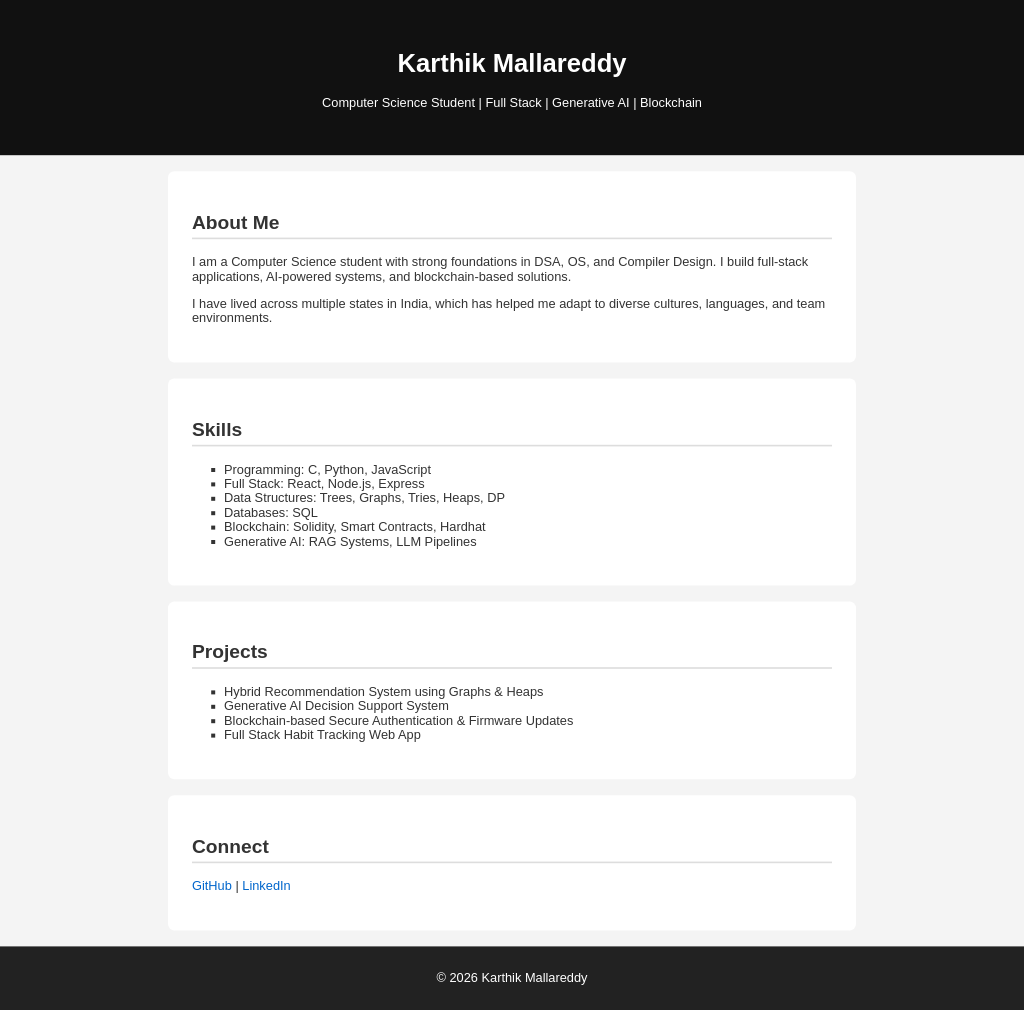
Repository: KarthikMallareddy/KarthikMallareddy.github.io
Page: index.html
The author's editor kept a copy of each file at every save. The page is drawn from the files as they stood at one save, then again after the next save.
The browser window is 1280 px wide. The pictures show the whole page, at 80% of full size.

Above is the page before, as saved 2026-01-03 22:30:09.

After the next save:
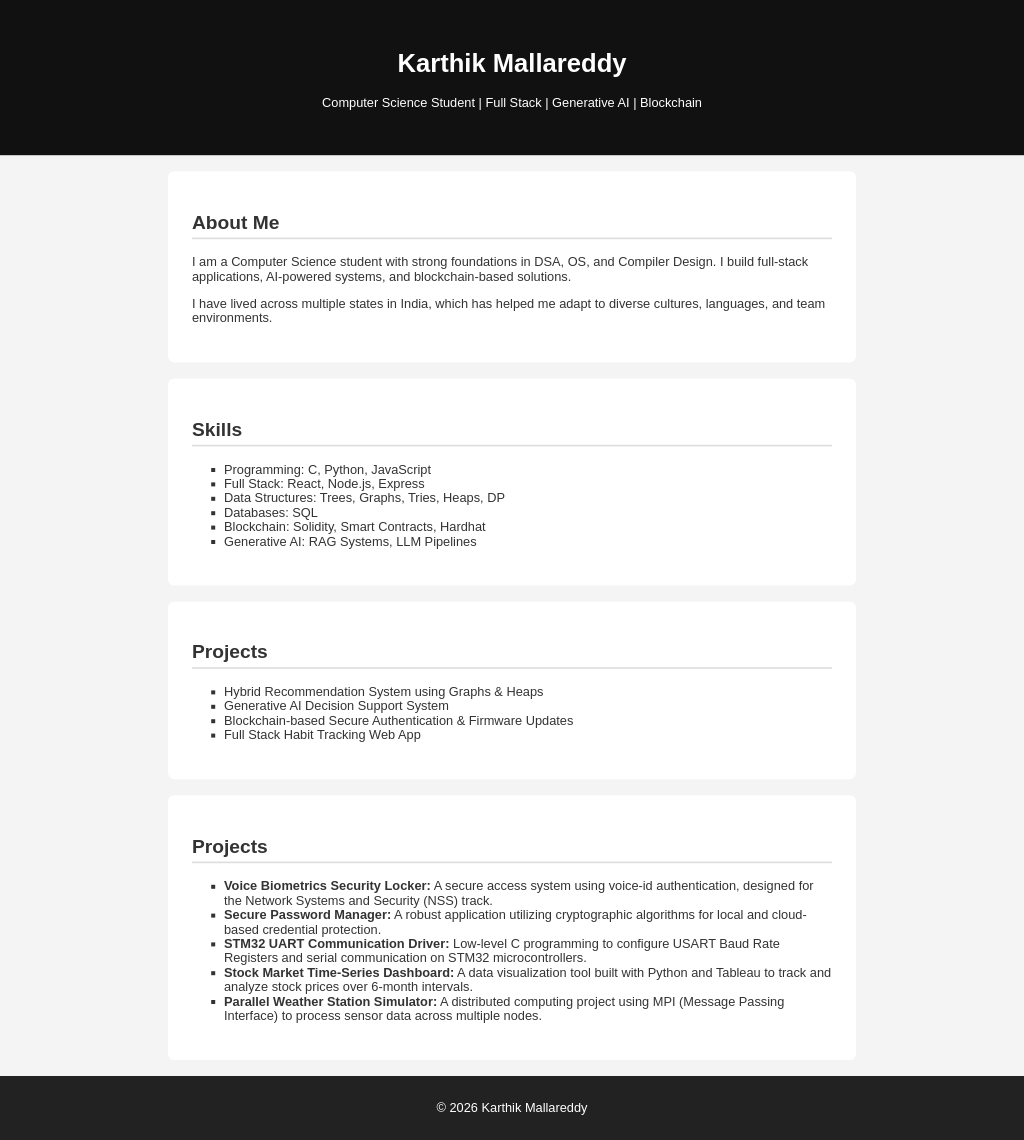
Saved 2 min 17 s later.
--- a/index.html
+++ b/index.html
@@ -48,13 +48,30 @@
 </section>
 
 <section>
-    <h2>Connect</h2>
-    <p>
-        <a href="https://github.com/YOUR_GITHUB_USERNAME" target="_blank">GitHub</a> |
-        <a href="https://www.linkedin.com/in/YOUR_LINKEDIN" target="_blank">LinkedIn</a>
-    </p>
+    <h2>Projects</h2>
+    <ul>
+        <li>
+            <strong>Voice Biometrics Security Locker:</strong>
+            A secure access system using voice-id authentication, designed for the Network Systems and Security (NSS) track.
+        </li>
+        <li>
+            <strong>Secure Password Manager:</strong>
+            A robust application utilizing cryptographic algorithms for local and cloud-based credential protection.
+        </li>
+        <li>
+            <strong>STM32 UART Communication Driver:</strong>
+            Low-level C programming to configure USART Baud Rate Registers and serial communication on STM32 microcontrollers.
+        </li>
+        <li>
+            <strong>Stock Market Time-Series Dashboard:</strong>
+            A data visualization tool built with Python and Tableau to track and analyze stock prices over 6-month intervals.
+        </li>
+        <li>
+            <strong>Parallel Weather Station Simulator:</strong>
+            A distributed computing project using MPI (Message Passing Interface) to process sensor data across multiple nodes.
+        </li>
+    </ul>
 </section>
-
 <footer>
     <p>© 2026 Karthik Mallareddy</p>
 </footer>
